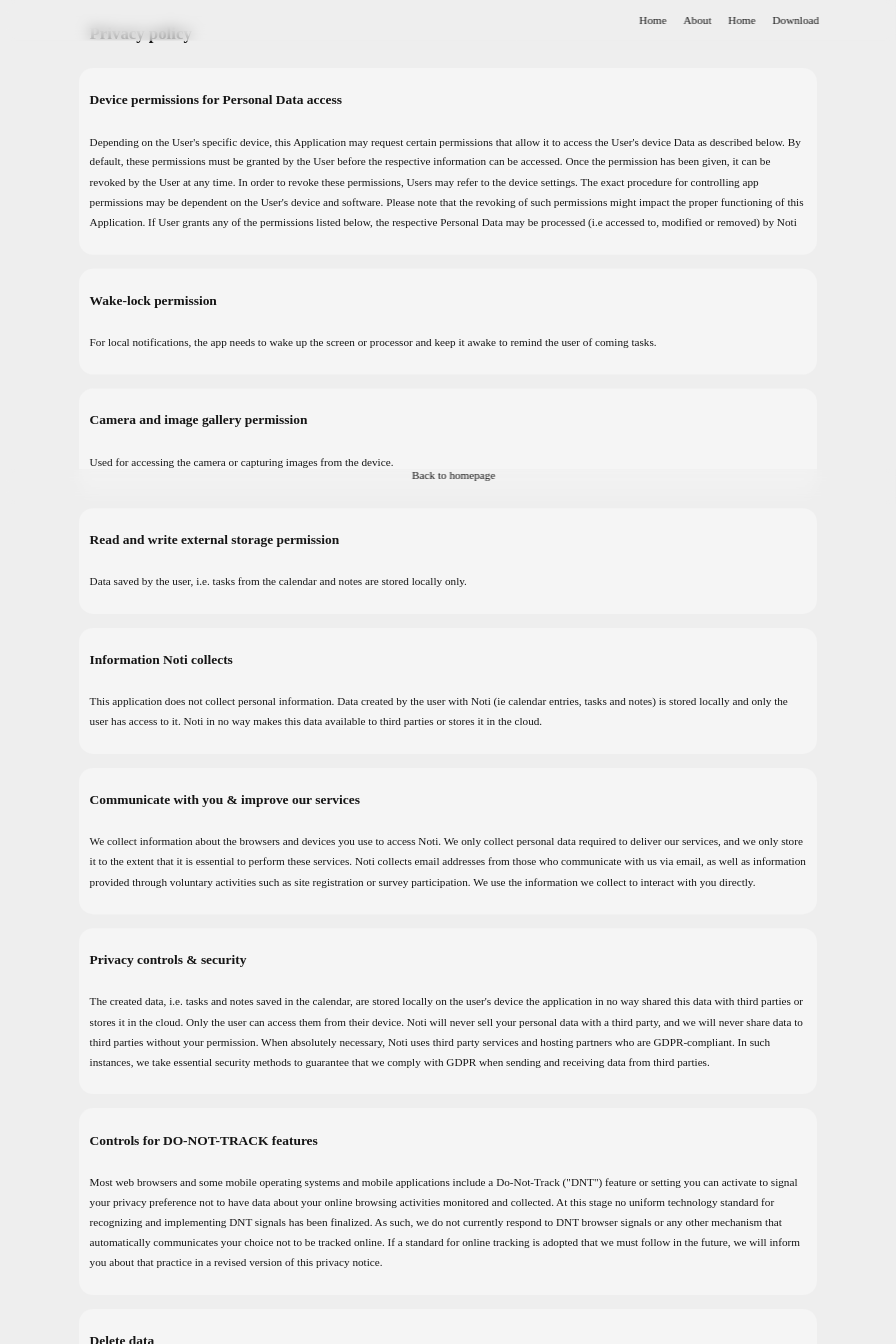
Repository: RafalSiuta/notiweb
Page: policy.html
These files come from the project's save history. The page is drawn as it stood at one moment and after the next save; the edit follows.
The browser window is 1280 px wide. The pictures show the part of the page from y = 0 to 1920 px (the page is 3557 px tall before and 3627 px after), at 70% of full size.

Above is the page before, as saved 2024-12-15 03:33:28.

### policy.html
<!DOCTYPE html>
<!--[if lt IE 7]>      <html class="no-js lt-ie9 lt-ie8 lt-ie7"> <![endif]-->
<!--[if IE 7]>         <html class="no-js lt-ie9 lt-ie8"> <![endif]-->
<!--[if IE 8]>         <html class="no-js lt-ie9"> <![endif]-->
<!--[if gt IE 8]>      <html class="no-js"> <!--<![endif]-->
<html>
    <head>
        <meta charset="utf-8">
        <meta http-equiv="X-UA-Compatible" content="IE=edge">
        <title>Noti privacy policy</title>
        <link rel="icon" type="image/x-icon" href="/notiweb/images/favicon.ico">
        <meta name="Noti mobile app privacy policy" content="">
        <meta name="viewport" content="width=device-width, initial-scale=1">
        <!-- <link rel="stylesheet" href="/notiweb/styles/styles.css"> -->
        <link rel="stylesheet" href="/styles/styles.css">
    </head>
    <body>
        <nav>
            <ul>
                <li><a href="index.html">Home</a></li>
                <li><a href="index.html">About</a></li>
                <li><a href="index.html">Home</a></li>
                <li><a href="index.html">Download</a></li>
            </ul>
        </nav>

        <div class="main">
            <header>
                <h1>Privacy policy</h1>
            </header>

            <div class="item">

                <h3>Device permissions for Personal Data access</h3>
                <p>Depending on the User's specific device, this Application may request certain permissions that allow it to access the
                    User's device Data as described below.
                    By default, these permissions must be granted by the User before the respective information can be accessed. Once
                    the
                    permission has been given, it can be revoked by the User at any time. In order to revoke these permissions, Users
                    may
                    refer to the device settings.
                    The exact procedure for controlling app permissions may be dependent on the User's device and software.
                    Please note that the revoking of such permissions might impact the proper functioning of this Application.
                    If User grants any of the permissions listed below, the respective Personal Data may be processed (i.e accessed to,
                    modified or removed) by Noti</p>
            </div>
            <div class="item">
                <h3>Wake-lock permission</h3>
                <p>For local notifications, the app needs to wake up the screen or processor and keep it awake to remind the user of coming
                tasks.</p>
            </div>
            <div class="item">
                <h3>Camera and image gallery permission</h3>
                <p>Used for accessing the camera or capturing images from the device.</p>
            </div>
            <div class="item">
                <h3>Read and write external storage permission</h3>
                <p>Data saved by the user, i.e. tasks from the calendar and notes are stored locally only.</p>
            </div>
            <div class="item">
                <h3>Information Noti collects</h3>
                <p>This application does not collect personal information. Data created by the user with Noti (ie calendar entries,
                tasks
                and notes) is stored locally and only the user has access to it. Noti in no way makes this data available to third
                parties or stores it in the cloud.</p>
            </div>
            <div class="item">
                <h3>Communicate with you & improve our services</h3>
                <p>We collect information about the browsers and devices you use to access Noti.
                We only collect personal data required to deliver our services, and we only store it to the extent that it is
                essential
                to perform these services.
                Noti collects email addresses from those who communicate with us via email, as well as information provided through
                voluntary activities such as site registration or survey participation. We use the information we collect to
                interact
                with you directly.</p>
            </div>
            <div class="item">
                <h3>Privacy controls & security</h3>
                <p>The created data, i.e. tasks and notes saved in the calendar, are stored locally on the user's device
                the application in no way
                shared this data with third parties or stores it in the cloud. Only the user can access them from their device.
                Noti will never sell your personal data with a third party, and we will never share data to third parties without
                your permission. When absolutely necessary, Noti uses third party services and hosting partners who are
                GDPR-compliant. In such instances, we take essential security methods to guarantee that we comply with GDPR when sending
                and receiving data from third parties.</p>
            </div>
            <div class="item">
                <h3>Controls for DO-NOT-TRACK features</h3>
                <p>Most web browsers and some mobile operating systems and mobile applications include a Do-Not-Track ("DNT") feature or
                setting you can activate to signal your privacy preference not to have data about your online browsing activities
                monitored and collected. At this stage no uniform technology standard for recognizing and implementing DNT signals has
                been finalized. As such, we do not currently respond to DNT browser signals or any other mechanism that automatically
                communicates your choice not to be tracked online. If a standard for online tracking is adopted that we must follow in
                the future, we will inform you about that practice in a revised version of this privacy notice.</p>
            </div>
            <div class="item">
                <h3>Delete data</h3>
                <p>The data created with the application can be deleted by selecting the settings icon (the gear icon) and then selecting
                "settings" from the bar menu on the right, and then selecting the tab titled "Recycle Bin" - you can decide after which
                time the data will be deleted. Data is also deleted during the process of uninstalling the application from the device.
                Data from the website, such as the name and e-mail address provided for the newsletter, may be deleted after sending
                information to the contact address with a request to delete the data.</p>
            </div>
            <div class="item">
                <h3>The rights of Users</h3>
                <p>In brief: In some regions, such as the European Economic Area (EEA) and the United Kingdom (United Kingdom), you have
                rights that give you greater access to and control over your personal information. You can review, change or close your
                account at any time. In some regions (such as the EEA and UK) you have certain rights under applicable data protection
                laws. They may include the right - to request access and obtain a copy of your personal data, to request rectification
                or deletion, to limit the processing of your personal data and, where applicable, to transfer data. In certain
                circumstances, you may also have the right to object to the processing of your personal data. To make such a request,
                please use the contact details provided below. We will consider and take action upon request in accordance with
                applicable data protection laws. If we are relying on your consent to process your personal data, you have the right to
                withdraw your consent at any time. Remember, however, that this will not affect the lawfulness of processing prior to
                its withdrawal or the processing of your personal data based on lawful grounds for processing other than consent. If you
                are an EEA or UK resident and you believe that we are processing your personal data unlawfully, you also have the right
                to lodge a complaint with your local data protection supervisory authority <br></p>
            </div>
            <div class="item">
                <h3>Do California residents have specific privacy rights?</h3>
                <p>In brief: Yes, if you live in California you have certain rights to access your personal information. Section 1798.83 of
                the California Civil Code, also known as the "Shine The Light" Act, allows our California users to request and obtain
                from us once a year and free of charge information on the categories of personal information (if any) disclosed to third
                parties for direct marketing purposes as well as the names and addresses of all third parties with whom we shared
                personal data in the immediately preceding calendar year. If you are a California resident and wish to make such a
                request, please send us your request to the email address provided below. If you are under the age of 18, live in
                California and have a registered account, you have the right to request the deletion of unwanted data. To request
                deletion of such data, please contact us using the contact details provided below, providing the email address
                associated with your account and a statement that you live in California. We will make sure that the data is not
                publicly displayed in the Application, however, it should be remembered that this data may not be completely or
                comprehensively removed from all our systems (e.g. backups, etc.).</p>
            </div>
            <div class="item">
                <h3>Cookies</h3>
                <p>Cookies are required on Noti Website. We use them to collect visitors' preferences and thus to better optimize the
                user experience. Users can disable cookies in their browser settings. But please note that our services rely on cookies
                to function properly, and you may not be able to access certain features on our Website after disabling them.</p>
            </div>
            <div class="item">
                <h3>Changes to This Policy</h3>
                <p>If our Privacy Policy is changed in the future, we will not limit your rights under this Privacy Policy without your
                express consent. We always indicate the publication date of the latest changes. If the changes are significant, we will
                send you a more prominent notice (including, for certain services, an email notification of changes to the Privacy
                Policy).
                Please check back periodically to stay informed of any updates or changes to this Privacy Policy. By continuing to
                access and use Noti, you agree to be bound by the revised policy.
                </p>
            </div>
            <div class="item">
                <h3>Contact Us</h3>
                <p>If you have any questions about this Policy, please email us at <b>r85unit@gmail.com</b> with topic: "Privacy Questions”
                in the title line.
                </p>
            </div>
        </div>

        <footer>
            <a class="policy-link" href="index.html">Back to homepage</a>
        </footer>
        <script src="" async defer></script>
    </body>
</html>

### styles/styles.css
@font-face {
    font-family: "Exo-medium";
    src:url("fonts/Exo2-Medium.ttf") format("ttf");
    font-family: "Exo-black";
    src: url("fonts/Exo2-Black.ttf") format("ttf");

}
body {
    background-color: #EEEEEE;

}
nav{
    width: 100vw;
    position: fixed;
    top: 0;
    background-color: rgba(238, 238, 238, 0.5);
    backdrop-filter: blur(10px);
}
 ul{
    width: 80vw;
    margin: 20px auto;
    text-align: right;
}

li{
    display: inline;
    margin: 10px;
}
a {
    color: #161616;
    font-size: 1em;
    text-decoration: none;
    font-family: "Exo-medium";
    z-index: 2;
}
.main{
    display: flex;
    flex-direction: column;
    align-items: center;
    padding: 10px auto;
}

h1, h3{
    font-family: "Exo-black";
    font-size: 1.2em;
    color: #161616;
}

h1{
    font-size: 1.5em;
}

section{
    width: 100vw;
    height: 100vh;
    display: flex;
    justify-content: center;
    align-items: center;
}
footer{
    bottom: 0;
    height: 50px;
    width: 100vw;
    position: fixed;
    text-align: center;
    z-index: 2;
    background-color: rgba(238,238, 238, 0.5);
    backdrop-filter: blur(10px);
}
.policy-link{
    font-family: "Exo-medium";
    font-size: 1em;
    color: #161616;
    padding: 5px;
}
.item {
    display: flex;
    flex-direction: column;
    width: 80vw;
    text-align: left;
    margin: 10px auto;
    background-color: #f5f5f5;
    padding: 15px;
    border-radius: 20px;
}
p{
    line-height: 1.8em;
    font-family: 'Exo-medium';
    color: #161616;
}
header{
    width: 80vw;
    text-align: left;
    top: 20vh;
    margin: 10px auto;

}

After the next save:
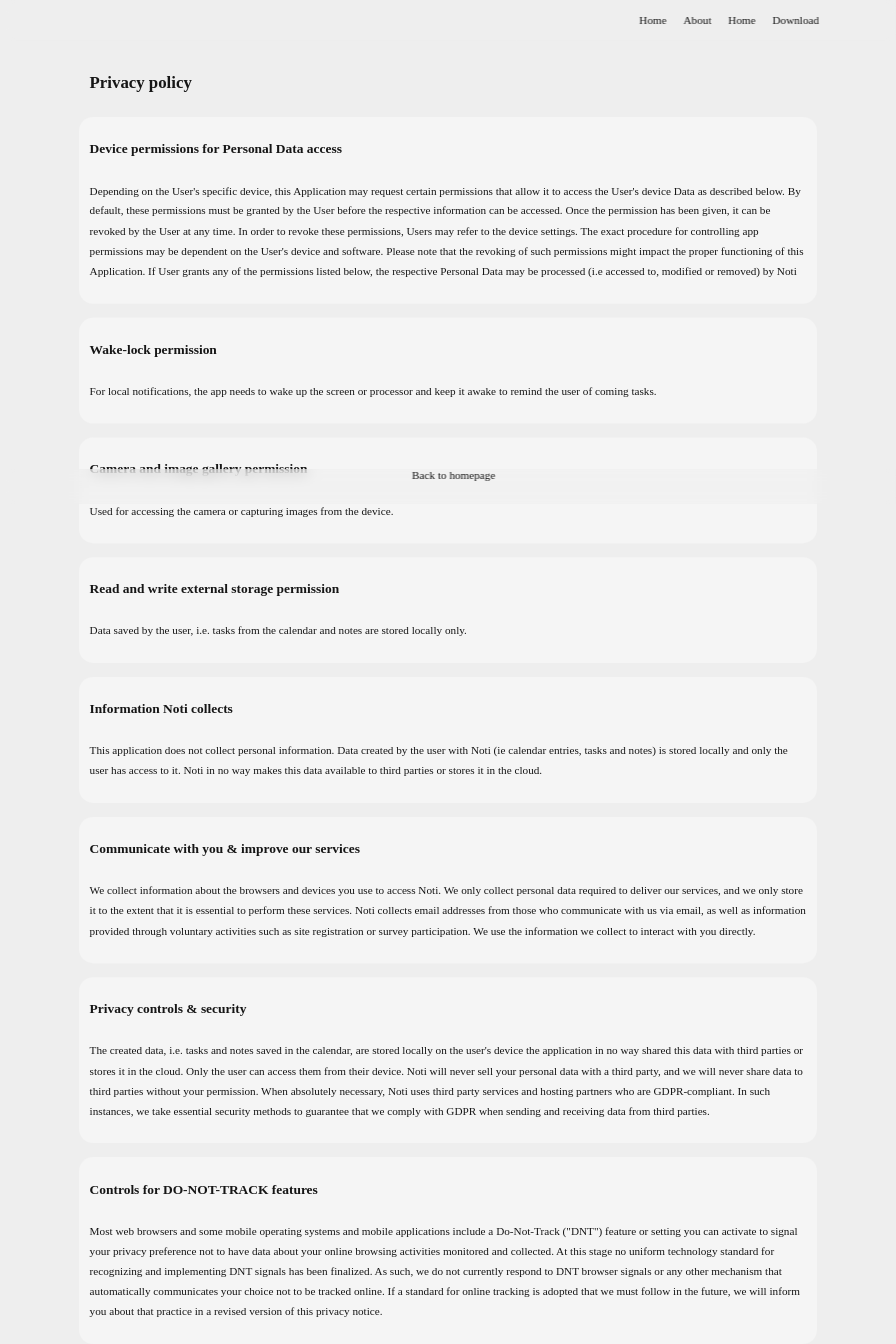
Saved 24 s later.
--- a/styles/styles.css
+++ b/styles/styles.css
@@ -91,7 +91,8 @@
 header{
     width: 80vw;
     text-align: left;
-    top: 20vh;
+
     margin: 10px auto;
+    margin-top: 80px;
 
 }

After the save that followed:
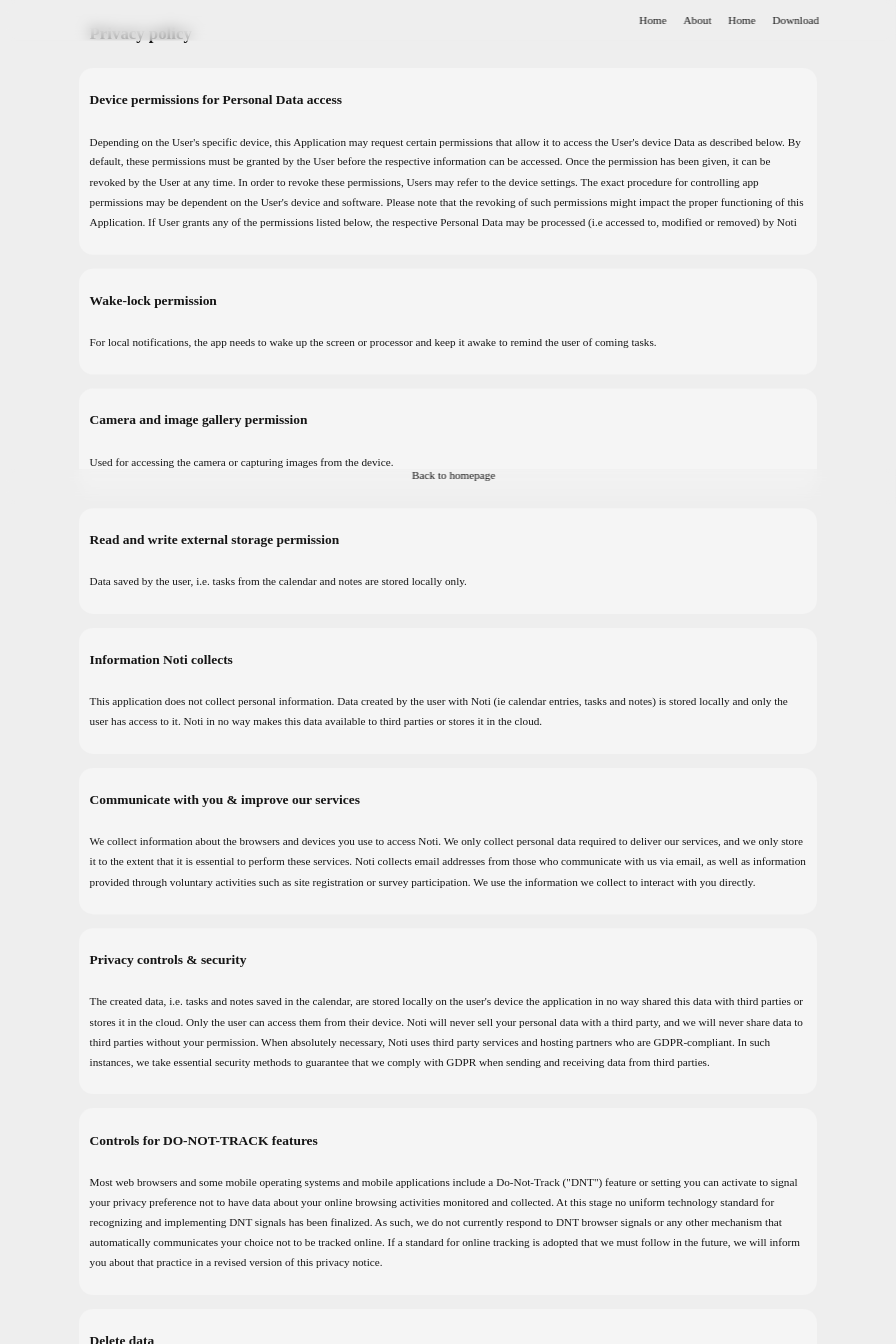
Saved 14 s later.
--- a/styles/styles.css
+++ b/styles/styles.css
@@ -91,8 +91,7 @@
 header{
     width: 80vw;
     text-align: left;
-
     margin: 10px auto;
-    margin-top: 80px;
+    top: 10vh;
 
 }
